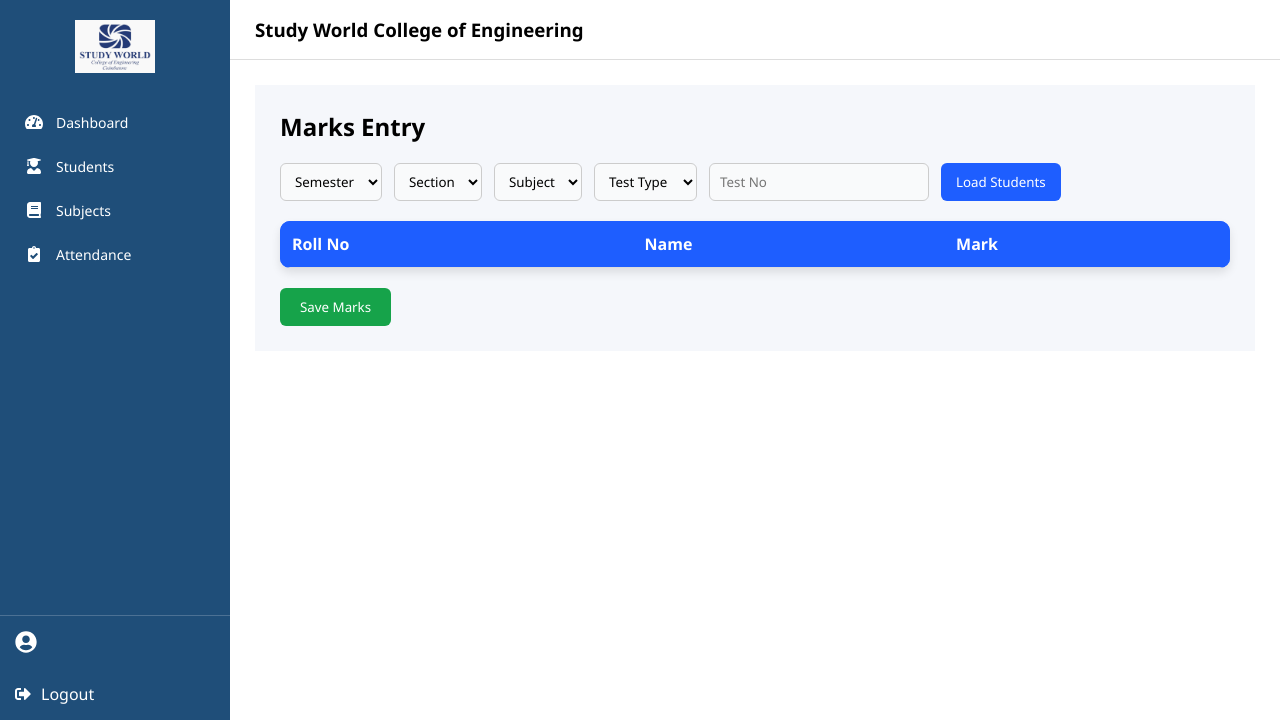
Repository: arthanarieswara/frontend
Page: /marks
These files come from the project's save history. The page is drawn as it stood at one moment and after the next save; the edit follows.
The browser window is 1280 px wide. The pictures show the whole page.
The project was rebuilt for these pictures with package versions that can differ from the ones it lists, and the page was loaded fresh each time. Also part of the build but not shown: vite.config.js, src/pages/auth/Login.jsx, src/pages/dashboard/Dashboard.jsx, src/pages/departments/Departments.jsx, src/pages/students/Students.css, src/pages/students/Students.jsx, src/pages/faculty/Faculty.css, src/pages/faculty/Faculty.jsx and 8 more.

Above is the page before, as saved 2026-04-09 10:31:09.

### index.html
<!doctype html>
<html lang="en">
  <head>
    <meta charset="UTF-8" />
    <link rel="icon" type="image/svg+xml" href="/college-logo.png" />
    <meta name="viewport" content="width=device-width, initial-scale=1.0" />
    <title>SWMS</title>
  </head>
  <body>
    <div id="root"></div>
    <script type="module" src="/src/main.jsx"></script>
  </body>
</html>

### src/App.jsx
import AppRoutes from "./routes/AppRoutes";

function App() {
  return <AppRoutes />;
}

export default App;

### src/routes/AppRoutes.jsx
import { BrowserRouter, Routes, Route } from "react-router-dom";

import Login from "../pages/auth/Login";
import Dashboard from "../pages/dashboard/Dashboard";
import Departments from "../pages/departments/Departments";
import Students from "../pages/students/Students";
import Faculty from "../pages/faculty/Faculty";
import Subjects from "../pages/Subjects/Subjects";
import Attendance from "../pages/Attendance/Attendance";
import Users from "../pages/users/Users";
import UserMapping from "../pages/UserMapping/UserMapping"; // ✅ NEW
import FacultyAttendance from "../pages/faculty/FacultyAttendance";
import Marks from "../pages/marks/Marks";
function AppRoutes() {
  return (
    <BrowserRouter>
      <Routes>
        <Route path="/" element={<Login />} />
        <Route path="/dashboard" element={<Dashboard />} />
        <Route path="/departments" element={<Departments />} />
        <Route path="/students" element={<Students />} />
        <Route path="/faculty" element={<Faculty />} />
        <Route path="/subjects" element={<Subjects />} />
        <Route path="/attendance" element={<Attendance />} />
        <Route path="/users" element={<Users />} />
        <Route path="/faculty-attendance" element={<FacultyAttendance />} />

        {/* ✅ NEW ROUTE */}
        <Route path="/mapping" element={<UserMapping />} />
        <Route path="/marks" element={<Marks />} />
      </Routes>
    </BrowserRouter>
  );
}

export default AppRoutes;

### src/pages/marks/Marks.jsx
import { useEffect, useState } from "react";
import Layout from "../../components/Layout";
import api from "../../api/api";
import "./Marks.css";

function Marks() {

  const [semester, setSemester] = useState("");
  const [section, setSection] = useState("");
  const [subject, setSubject] = useState("");
  const [subjects, setSubjects] = useState([]);
  const [students, setStudents] = useState([]);

  const [testType, setTestType] = useState("");
  const [testNo, setTestNo] = useState("");

  const [marks, setMarks] = useState({});

  /* ================= LOAD SUBJECTS ================= */
  const fetchSubjects = async (sem) => {
    if (!sem) return;

    const res = await api.get(`/subjects/by-semester?semester=${sem}`);
    setSubjects(res.data);
  };

  /* ================= LOAD STUDENTS ================= */
  const fetchStudents = async () => {
    if (!semester) return alert("Select semester");

    const res = await api.get(
      `/students/filter-sem-section?semester=${semester}&section=${section}`
    );

    const sorted = res.data.sort(
      (a, b) => a.roll_number - b.roll_number
    );

    setStudents(sorted);

    const initial = {};
    sorted.forEach((s) => {
      initial[s.id] = "";
    });

    setMarks(initial);
  };

  /* ================= HANDLE MARK ================= */
  const handleChange = (id, value) => {
    setMarks({
      ...marks,
      [id]: value,
    });
  };

  /* ================= SAVE MARKS ================= */
  const saveMarks = async () => {

    if (!subject || !semester || !testType || !testNo) {
      return alert("Fill all fields");
    }

    const payload = students.map((s) => ({
      student_id: s.id,
      subject_id: subject,
      semester,
      section,
      test_type: testType,
      test_no: testNo,
      mark: marks[s.id] || 0,
    }));

    await api.post("/marks", payload);

    alert("Marks saved successfully ✅");
  };

  return (
    <Layout>
      <div className="marks-page">

        <h2>Marks Entry</h2>

        {/* ================= FILTERS ================= */}

        <div className="filters">

          <select
            value={semester}
            onChange={(e) => {
              setSemester(e.target.value);
              fetchSubjects(e.target.value);
            }}
          >
            <option value="">Semester</option>
            {[1,2,3,4,5,6,7,8].map((s) => (
              <option key={s} value={s}>Sem {s}</option>
            ))}
          </select>

          <select
            value={section}
            onChange={(e) => setSection(e.target.value)}
          >
            <option value="">Section</option>
            <option value="A">A</option>
            <option value="B">B</option>
            <option value="None">None</option>
          </select>

          <select
            value={subject}
            onChange={(e) => setSubject(e.target.value)}
          >
            <option value="">Subject</option>
            {subjects.map((s) => (
              <option key={s.id} value={s.id}>
                {s.name}
              </option>
            ))}
          </select>

          <select
            value={testType}
            onChange={(e) => setTestType(e.target.value)}
          >
            <option value="">Test Type</option>
            <option value="Class Test">Class Test</option>
            <option value="Internal">Internal</option>
            <option value="Semester">Semester</option>
          </select>

          <input
            type="number"
            placeholder="Test No"
            value={testNo}
            onChange={(e) => setTestNo(e.target.value)}
          />

          <button onClick={fetchStudents}>
            Load Students
          </button>

        </div>

        {/* ================= TABLE ================= */}

        <table className="marks-table">
          <thead>
            <tr>
              <th>Roll No</th>
              <th>Name</th>
              <th>Mark</th>
            </tr>
          </thead>

          <tbody>
            {students.map((s) => (
              <tr key={s.id}>
                <td>{s.roll_number}</td>
                <td>{s.name}</td>
                <td>
                  <input
                    type="{testType}"
                    value={marks[s.id] || ""}
                    onChange={(e) =>
                      handleChange(s.id, e.target.value)
                    }
                  />
                </td>
              </tr>
            ))}
          </tbody>
        </table>

        <button className="save-btn" onClick={saveMarks}>
          Save Marks
        </button>

      </div>
    </Layout>
  );
}

export default Marks;

### src/pages/auth/Login.css
*{
  margin:0;
  padding:0;
  box-sizing:border-box;
  font-family:"Segoe UI",sans-serif;
}

/* ANIMATED BACKGROUND */

.login-wrapper{
  height:100vh;
  display:flex;
  justify-content:center;
  align-items:center;
  background:linear-gradient(270deg,#0f4c81,#3a8bfd,#1a6ed8);
  background-size:600% 600%;
  animation:gradientBG 10s ease infinite;
}

@keyframes gradientBG{
  0%{background-position:0% 50%}
  50%{background-position:100% 50%}
  100%{background-position:0% 50%}
}

/* LOGIN CARD */

.login-card{
  width:420px;
  padding:40px;
  border-radius:12px;
  background:rgba(255,255,255,0.15);
  backdrop-filter:blur(15px);
  box-shadow:0 15px 40px rgba(0,0,0,0.3);
  text-align:center;
  color:white;
}

/* COLLEGE HEADER */

.college-logo{
  width:70px;
  margin-bottom:10px;
}

.college-header h1{
  font-size:20px;
  margin-bottom:5px;
}

.college-header p{
 font-size:13px;
  opacity:0.9;
}

.college-header span{
  font-size:12px;
  opacity:0.8;
}

.college-header{
  margin-bottom:30px;
}

/* INPUT GROUP */

.input-group{

  position:relative;
  margin-bottom:20px;
}

.input-group input{
  width:100%;
  padding:12px;
  border:none;
  border-radius:6px;
  outline:none;
  font-size:14px;
}

/* FLOATING LABEL */

.input-group label{
  position:absolute;
  left:12px;
  top:50%;
  transform:translateY(-50%);
  color:#000000;
  font-size:14px;
  pointer-events:none;
  transition:0.3s;
}

.input-group input:focus + label,
.input-group input:not(:placeholder-shown) + label{
  top:-8px;
  /* background:white; */
  padding:0 5px;
  font-size:15px;
  color:white;
}

/* PASSWORD ICON */

.password-group{
 position:relative;
}

.eye-icon{
  position:absolute;
  right:10px;
  top:50%;
  transform:translateY(-50%);
  cursor:pointer;
  color:#444;
}

/* BUTTON */

.login-btn{
  width:100%;
  padding:12px;
  border:none;
  border-radius:6px;
  background:white;
  color:#0f4c81;
  font-size:16px;
  font-weight:bold;
  cursor:pointer;
  transition:all 0.3s;
}

.login-btn:hover{
  transform:translateY(-2px);
  box-shadow:0 5px 15px rgba(0,0,0,0.3);
}

### src/components/Layout.jsx
import { useState } from "react";
import Sidebar from "./Sidebar";
import Navbar from "./Navbar";

function Layout({ children }) {

  const [collapsed,setCollapsed] = useState(false);

  return (

    <div style={{display:"flex"}}>

      <Sidebar collapsed={collapsed} />

      <div style={{flex:1}}>

        <Navbar toggleSidebar={()=>setCollapsed(!collapsed)} />

        <div style={{padding:"25px"}}>
          {children}
        </div>

      </div>

    </div>

  );

}

export default Layout;

### src/pages/departments/Departments.css
.departments h2 {
    margin-bottom: 20px;
}

.add-section {
    display: flex;
    gap: 10px;
    margin-bottom: 20px;
}

.add-section input {
    padding: 10px;
    border: 1px solid #ccc;
    border-radius: 5px;
}

.add-section button {
    background: #0f4c81;
    color: white;
    border: none;
    padding: 10px 15px;
    border-radius: 5px;
    cursor: pointer;
}

table {
    width: 100%;
    border-collapse: collapse;
    background: white;
    box-shadow: 0 5px 10px rgba(0, 0, 0, 0.1);
}

th,
td {
    padding: 12px;
    border-bottom: 1px solid #ddd;
    text-align: left;
}

.delete-btn {
    background: red;
    color: white;
    border: none;
    padding: 6px 10px;
    border-radius: 4px;
    cursor: pointer;
}

.edit-btn {
    background: #0f4c81;
    color: white;
    border: none;
    padding: 6px 10px;
    border-radius: 4px;
    cursor: pointer;
    margin: 10px;
}

### src/pages/Attendance/Attendance.css
.attendance-page {
  background: white;
  padding: 25px;
  border-radius: 10px;
  box-shadow: 0 4px 12px rgba(0, 0, 0, 0.08);
}

.attendance-page h2 {
  margin-bottom: 20px;
  color: #0f4c81;
}

.attendance-filters {
  display: flex;
  gap: 15px;
  margin-bottom: 25px;
  flex-wrap: wrap;
}

.attendance-filters select,
.attendance-filters input {
  padding: 10px;
  border: 1px solid #ccc;
  border-radius: 6px;
  min-width: 160px;
}

.attendance-filters button {
  background: #0f4c81;
  color: white;
  border: none;
  padding: 10px 18px;
  border-radius: 6px;
  cursor: pointer;
}

.attendance-table {
  width: 100%;
  border-collapse: collapse;
  margin-bottom: 20px;
}

.attendance-table th {
  background: #0f4c81;
  color: white;
  padding: 12px;
  text-align: left;
}

.attendance-table td {
  padding: 12px;
  border-bottom: 1px solid #eee;
}

.present {
  background: #28a745;
  color: white;
  border: none;
  padding: 6px 12px;
  border-radius: 5px;
  cursor: pointer;
}

.absent {
  background: #dc3545;
  color: white;
  border: none;
  padding: 6px 12px;
  border-radius: 5px;
  cursor: pointer;
}

.save-btn {
  background: #0f4c81;
  color: white;
  border: none;
  padding: 12px 20px;
  border-radius: 6px;
  cursor: pointer;
}

### src/pages/faculty/FacultyAttendance.css
.faculty-attendance {
  padding: 25px;
}

/* HEADER */
.header {
  display: flex;
  justify-content: space-between;
  align-items: center;
  margin-bottom: 20px;
}

.actions {
  display: flex;
  gap: 10px;
}

.actions input {
  padding: 8px;
  border-radius: 6px;
  border: 1px solid #ccc;
}

.actions button {
  background: #1e5eff;
  color: white;
  border: none;
  padding: 8px 14px;
  border-radius: 6px;
  cursor: pointer;
}

.actions button:hover {
  background: #1748c7;
}

.secondary-btn {
  background: #28a745;
}

.secondary-btn:hover {
  background: #1e7e34;
}

/* TABLE */
.table-container {
  background: white;
  border-radius: 10px;
  box-shadow: 0 2px 10px rgba(0,0,0,0.08);
  overflow: hidden;
}

table {
  width: 100%;
  border-collapse: collapse;
}

thead {
  background: #1e5eff;
  color: white;
}

th, td {
  padding: 12px;
}

tbody tr:nth-child(even) {
  background: #f5f7fb;
}

tbody tr:hover {
  background: #eef2ff;
}

/* STATUS COLORS */
.status-dropdown.Present {
  background: #d4edda;
}

.status-dropdown.Absent {
  background: #f8d7da;
}

/* TIME INPUTS */
.time-inputs {
  display: flex;
  gap: 10px;
}

/* REPORT */
.report-section {
  margin-top: 30px;
}

.cards {
  display: flex;
  gap: 15px;
  flex-wrap: wrap;
}

.card {
  background: white;
  padding: 15px;
  border-radius: 8px;
  box-shadow: 0 2px 8px rgba(0,0,0,0.1);
  min-width: 120px;
  text-align: center;
}

.card.total {
  background: #1e5eff;
  color: white;
}

### src/pages/marks/Marks.css
.marks-page {
  padding: 25px;
  background: #f5f7fb;
}

h2 {
  margin-bottom: 20px;
}

/* FILTERS */
.filters {
  display: flex;
  gap: 12px;
  flex-wrap: wrap;
  margin-bottom: 20px;
}

.filters select,
.filters input {
  padding: 8px 10px;
  border-radius: 6px;
  border: 1px solid #ccc;
}

.filters button {
  background: #1e5eff;
  color: white;
  border: none;
  padding: 8px 15px;
  border-radius: 6px;
  cursor: pointer;
}

.filters button:hover {
  background: #1748c7;
}

/* TABLE */
.marks-table {
  width: 100%;
  border-collapse: collapse;
  background: white;
  border-radius: 10px;
  overflow: hidden;
}

.marks-table th {
  background: #1e5eff;
  color: white;
  padding: 12px;
}

.marks-table td {
  padding: 10px;
  border-bottom: 1px solid #eee;
}

.marks-table input {
  width: 80px;
  padding: 5px;
  border-radius: 4px;
  border: 1px solid #ccc;
}

/* BUTTON */
.save-btn {
  margin-top: 20px;
  padding: 10px 20px;
  background: #16a34a;
  color: white;
  border: none;
  border-radius: 6px;
  cursor: pointer;
}

.save-btn:hover {
  background: #15803d;
}

### src/components/Sidebar.jsx
import { NavLink, useNavigate } from "react-router-dom";
import {
  FaTachometerAlt,
  FaUniversity,
  FaUserGraduate,
  FaChalkboardTeacher,
  FaBook,
  FaClipboardCheck,
  FaSignOutAlt,
  FaUserCircle,
  FaUsers,
  FaProjectDiagram,

} from "react-icons/fa";

import "./Sidebar.css";

function Sidebar({ collapsed }) {
  const navigate = useNavigate();

  const user = JSON.parse(localStorage.getItem("user"));
  const role = user?.role;

  const handleLogout = () => {
    localStorage.removeItem("token");
    localStorage.removeItem("user");
    navigate("/");
  };

  return (
    <div className="main-content">
      <div className={`sidebar ${collapsed ? "collapsed" : ""}`}>
        <div className="sidebar-header">
          <img src="/college-logo.png" className="sidebar-logo" />
        </div>

        <nav className="menu">
          {/* COMMON (ADMIN + FACULTY) */}
          <NavLink to="/dashboard" className="menu-item">
            <FaTachometerAlt />
            <span>Dashboard</span>
          </NavLink>

          <NavLink to="/students" className="menu-item">
            <FaUserGraduate />
            <span>Students</span>
          </NavLink>

          <NavLink to="/subjects" className="menu-item">
            <FaBook />
            <span>Subjects</span>
          </NavLink>

          <NavLink to="/attendance" className="menu-item">
            <FaClipboardCheck />
            <span>Attendance</span>
          </NavLink>

          {/* ADMIN ONLY */}
          {role === "Admin" && (
            <>
              <NavLink to="/departments" className="menu-item">
                <FaUniversity />
                <span>Departments</span>
              </NavLink>

              <NavLink to="/faculty" className="menu-item">
                <FaChalkboardTeacher />
                <span>Faculty</span>
              </NavLink>

              <NavLink to="/users" className="menu-item">
                <FaUsers />
                <span>Users</span>
              </NavLink>

              <NavLink to="/mapping" className="menu-item">
                <FaProjectDiagram />
                <span>Mapping</span>
              </NavLink>

              <NavLink to="/faculty-attendance" className="menu-item">
                <FaClipboardCheck />
                <span>Faculty Attendance</span>
              </NavLink>

              <NavLink to="/marks" className="menu-item">
                <FaClipboardCheck />
                <span>Marks</span>
              </NavLink>


            </>
          )}
        </nav>

        {/* PROFILE + LOGOUT */}

        <div className="bottom-section">
          <div className="profile">
            <FaUserCircle className="profile-icon" />
            <span>{role}</span>
          </div>

          <div className="logout" onClick={handleLogout}>
            <FaSignOutAlt />
            <span>Logout</span>
          </div>
        </div>
      </div>
    </div>
  );
}

export default Sidebar;

### src/components/Navbar.jsx
import { FaBars } from "react-icons/fa";
import "./Navbar.css";

function Navbar({ toggleSidebar }) {

    return (

        <div className="navbar">

            {/* <FaBars className="toggle-btn" onClick={toggleSidebar} /> */}

            <h3>Study World College of Engineering</h3>

        </div>

    )

}

export default Navbar;

### src/components/Sidebar.css
.sidebar {
  width: 230px;
  height: 100vh;
  background: #1f4e79;
  color: white;
  display: flex;
  flex-direction: column;
  justify-content: space-between;
  position: fixed;
  left: 0;
  top: 0;
}

/* HEADER */

.sidebar-header {
  display: flex;
  justify-content: center;
  align-items: center;
  padding: 20px 10px;
}

.sidebar-logo {
  width: 80px;
  object-fit: contain;
}

/* MENU */

.menu {
  display: flex;
  flex-direction: column;
  gap: 5px;
  padding: 10px;
}

/* MENU ITEM */

.menu-item {
  display: flex;
  align-items: center;
  gap: 12px;
  padding: 10px 14px;
  color: white;
  text-decoration: none;
  border-radius: 6px;
  transition: 0.3s;
  font-size: 14px;
}

.menu-item svg {
  font-size: 16px;
  min-width: 20px;
}

.menu-item:hover {
  background: rgba(255, 255, 255, 0.15);
}

.menu-item.active {
  background: white;
  color: #1f4e79;
}

/* PUSH BOTTOM SECTION DOWN */

.bottom-section {
  margin-top: auto;
}

/* PROFILE */

.profile {
  display: flex;
  align-items: center;
  gap: 10px;
  padding: 15px;
  border-top: 1px solid rgba(255, 255, 255, 0.2);
}

.profile-icon {
  font-size: 22px;
}

/* LOGOUT */

.logout {
  display: flex;
  align-items: center;
  gap: 10px;
  padding: 15px;
  cursor: pointer;
  transition: 0.3s;
}

.logout:hover {
  background: rgba(255, 0, 0, 0.2);
}

.main-content {
  margin-left: 190px; /* SAME AS SIDEBAR WIDTH */
  padding: 20px;
}

### src/components/Navbar.css
.navbar{
  height:60px;
  background:white;
  border-bottom:1px solid #ddd;
  display:flex;
  align-items:center;
  padding:0 25px;
}

Loaded but not shown: src/main.jsx (common file); src/api/api.js (18 lines, source omitted); src/pages/dashboard/Dashboard.css (231 lines, source omitted)

After the next save:
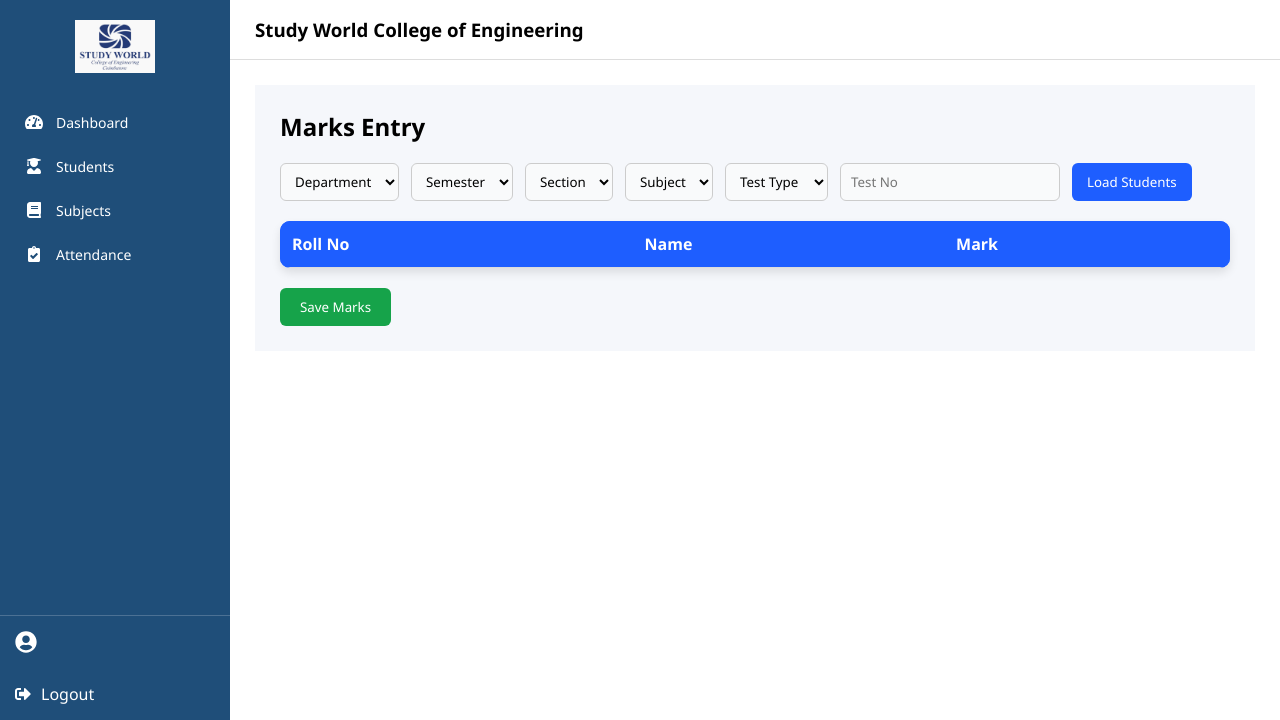
Saved 4 min 8 s later.
--- a/src/pages/marks/Marks.jsx
+++ b/src/pages/marks/Marks.jsx
@@ -4,10 +4,11 @@ import api from "../../api/api";
 import "./Marks.css";
 
 function Marks() {
-
   const [semester, setSemester] = useState("");
   const [section, setSection] = useState("");
   const [subject, setSubject] = useState("");
+  const [department, setDepartment] = useState("");
+
   const [subjects, setSubjects] = useState([]);
   const [students, setStudents] = useState([]);
 
@@ -17,24 +18,24 @@ function Marks() {
   const [marks, setMarks] = useState({});
 
   /* ================= LOAD SUBJECTS ================= */
-  const fetchSubjects = async (sem) => {
-    if (!sem) return;
+  const fetchSubjects = async (sem, dept) => {
+    if (!sem || !dept) return;
 
-    const res = await api.get(`/subjects/by-semester?semester=${sem}`);
+    const res = await api.get(
+      `/subjects/by-semester?semester=${sem}&department_id=${dept}`,
+    );
     setSubjects(res.data);
   };
 
   /* ================= LOAD STUDENTS ================= */
   const fetchStudents = async () => {
-    if (!semester) return alert("Select semester");
+    if (!semester || !department) return alert("Select semester & department");
 
     const res = await api.get(
-      `/students/filter-sem-section?semester=${semester}&section=${section}`
+      `/students/filter-sem-section?semester=${semester}&section=${section}&department_id=${department}`,
     );
 
-    const sorted = res.data.sort(
-      (a, b) => a.roll_number - b.roll_number
-    );
+    const sorted = res.data.sort((a, b) => a.roll_number - b.roll_number);
 
     setStudents(sorted);
 
@@ -56,8 +57,7 @@ function Marks() {
 
   /* ================= SAVE MARKS ================= */
   const saveMarks = async () => {
-
-    if (!subject || !semester || !testType || !testNo) {
+    if (!subject || !semester || !testType || !testNo || !department) {
       return alert("Fill all fields");
     }
 
@@ -66,6 +66,7 @@ function Marks() {
       subject_id: subject,
       semester,
       section,
+      department_id: department,
       test_type: testType,
       test_no: testNo,
       mark: marks[s.id] || 0,
@@ -79,40 +80,48 @@ function Marks() {
   return (
     <Layout>
       <div className="marks-page">
-
         <h2>Marks Entry</h2>
 
         {/* ================= FILTERS ================= */}
 
         <div className="filters">
+          {/* 🔥 NEW: Department */}
+          <select
+            value={department}
+            onChange={(e) => {
+              setDepartment(e.target.value);
+              fetchSubjects(semester, e.target.value);
+            }}
+          >
+            <option value="">Department</option>
+            <option value="1">CSE</option>
+            <option value="2">ECE</option>
+            <option value="3">EEE</option>
+          </select>
 
           <select
             value={semester}
             onChange={(e) => {
               setSemester(e.target.value);
-              fetchSubjects(e.target.value);
+              fetchSubjects(e.target.value, department);
             }}
           >
             <option value="">Semester</option>
-            {[1,2,3,4,5,6,7,8].map((s) => (
-              <option key={s} value={s}>Sem {s}</option>
+            {[1, 2, 3, 4, 5, 6, 7, 8].map((s) => (
+              <option key={s} value={s}>
+                Sem {s}
+              </option>
             ))}
           </select>
 
-          <select
-            value={section}
-            onChange={(e) => setSection(e.target.value)}
-          >
+          <select value={section} onChange={(e) => setSection(e.target.value)}>
             <option value="">Section</option>
             <option value="A">A</option>
             <option value="B">B</option>
             <option value="None">None</option>
           </select>
 
-          <select
-            value={subject}
-            onChange={(e) => setSubject(e.target.value)}
-          >
+          <select value={subject} onChange={(e) => setSubject(e.target.value)}>
             <option value="">Subject</option>
             {subjects.map((s) => (
               <option key={s.id} value={s.id}>
@@ -138,10 +147,7 @@ function Marks() {
             onChange={(e) => setTestNo(e.target.value)}
           />
 
-          <button onClick={fetchStudents}>
-            Load Students
-          </button>
-
+          <button onClick={fetchStudents}>Load Students</button>
         </div>
 
         {/* ================= TABLE ================= */}
@@ -162,11 +168,8 @@ function Marks() {
                 <td>{s.name}</td>
                 <td>
                   <input
-                    type="{testType}"
                     value={marks[s.id] || ""}
-                    onChange={(e) =>
-                      handleChange(s.id, e.target.value)
-                    }
+                    onChange={(e) => handleChange(s.id, e.target.value)}
                   />
                 </td>
               </tr>
@@ -177,7 +180,6 @@ function Marks() {
         <button className="save-btn" onClick={saveMarks}>
           Save Marks
         </button>
-
       </div>
     </Layout>
   );
